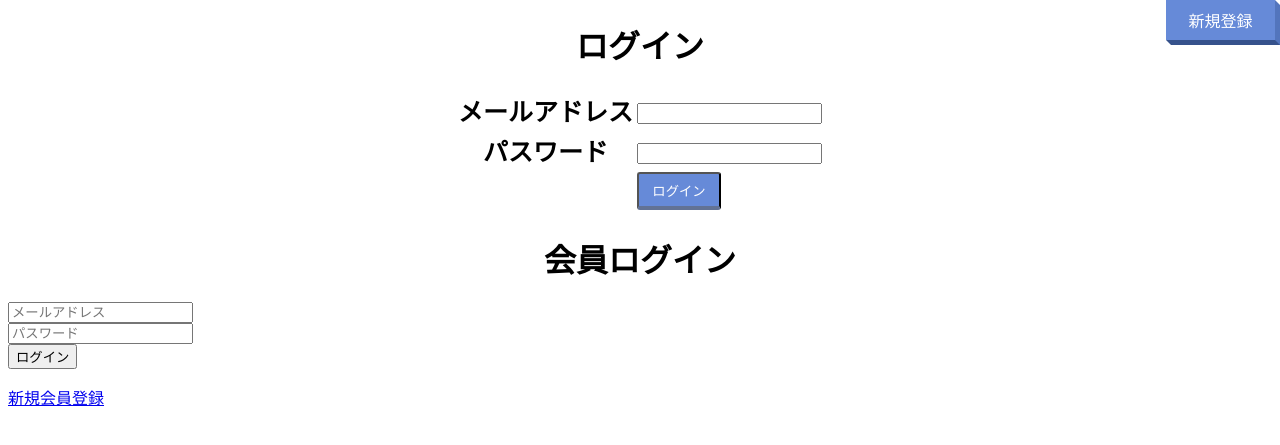
Repository: kawaguchi-mizuki/ntmc
Page: http://localhost/movie/login
These files come from the project's save history. The page is drawn as it stood at one moment and after the next save; the edit follows.
The browser window is 1280 px wide. The pictures show the whole page.
The page is served by Tomcat 9.

Above is the page before, as saved 2019-06-19 06:25:07.

After the next save:
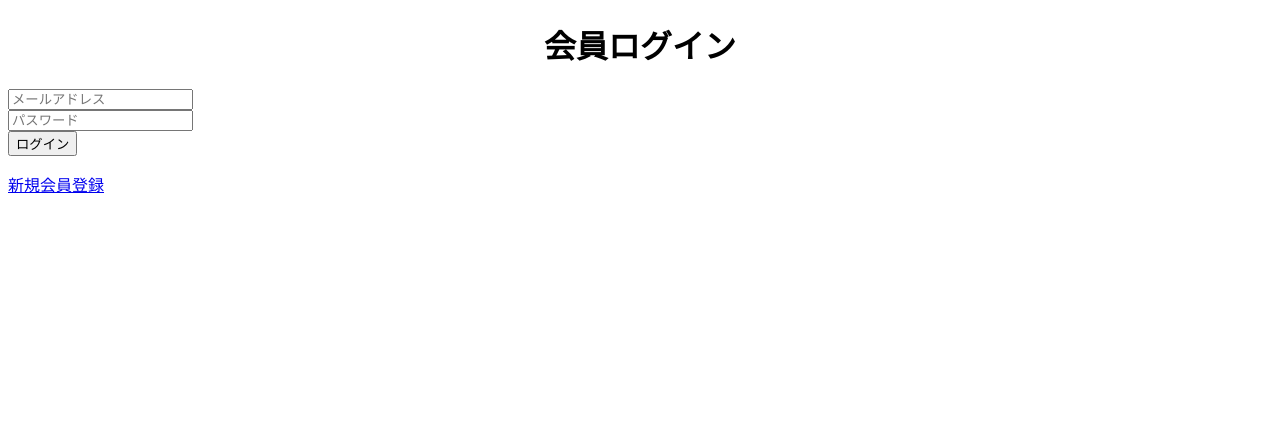
Saved 9 s later.
--- a/開発/movie/movie/WebContent/WEB-INF/jsp/login_user.jsp
+++ b/開発/movie/movie/WebContent/WEB-INF/jsp/login_user.jsp
@@ -16,28 +16,6 @@
 	</p>
 	<%}%>
 	<% }%>
-
-	<h1>ログイン</h1>
-
-	<a href="adduser" class="btn-square-slant"
-		style="position: absolute; right: 0px; top: 0px">新規登録</a>
-	<form action="auth" method="post">
-		<table align="center">
-			<tr>
-				<th>メールアドレス</th>
-				<td><input type="text" name="mail"></td>
-			</tr>
-			<tr>
-				<th>パスワード</th>
-				<td><input type="password" name="password"></td>
-			</tr>
-			<tr>
-				<th></th>
-				<td align="left"><input type="submit" class="btn-square"
-					value="ログイン"></td>
-			</tr>
-		</table>
-	</form>
 
 	<div class="form-wrapper">
 		<h1>会員ログイン</h1>
